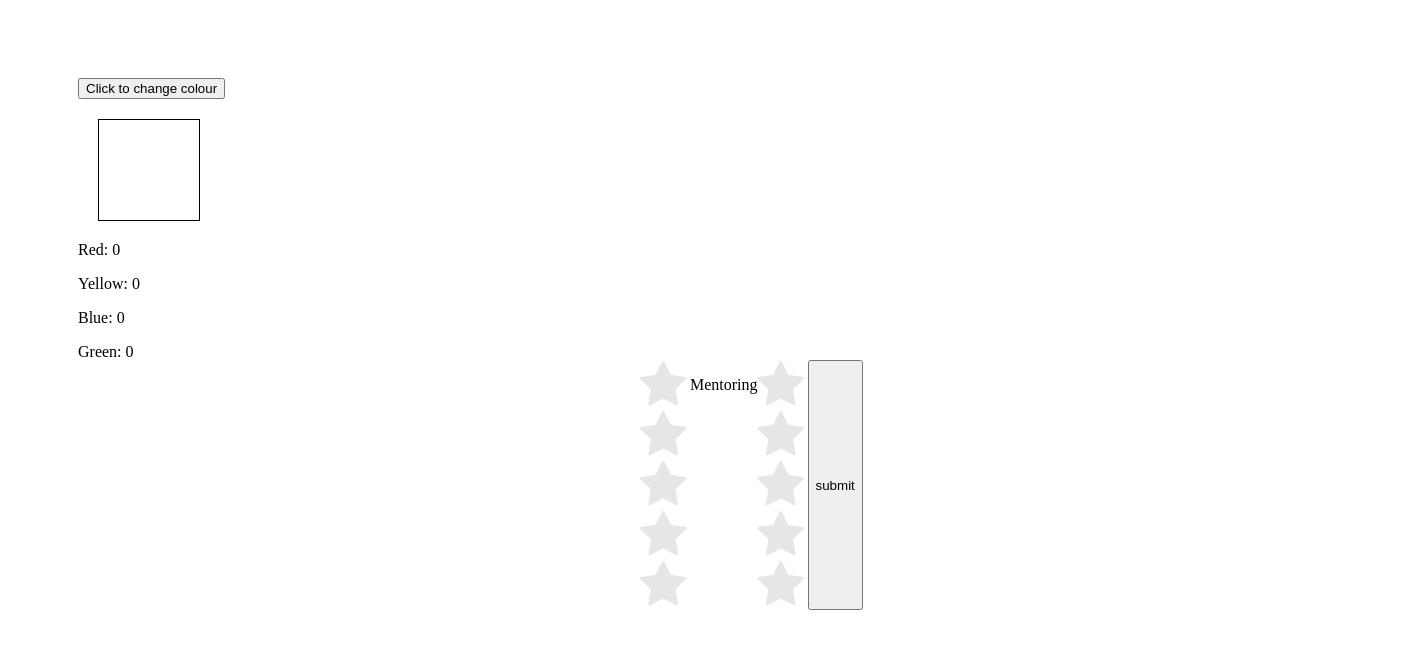
Repository: samalty/star-rating-system-js-test
Page: home.html
The author's editor kept a record of every edit. The page is drawn from the files as they stood at one moment, then again after the next edit.
The browser window is 1280 px wide. The page is 1412 px wide, so the pictures cover 1412 px, including what lies to the right of the window. The pictures show the whole page.

Above is the page before.

After the next edit:
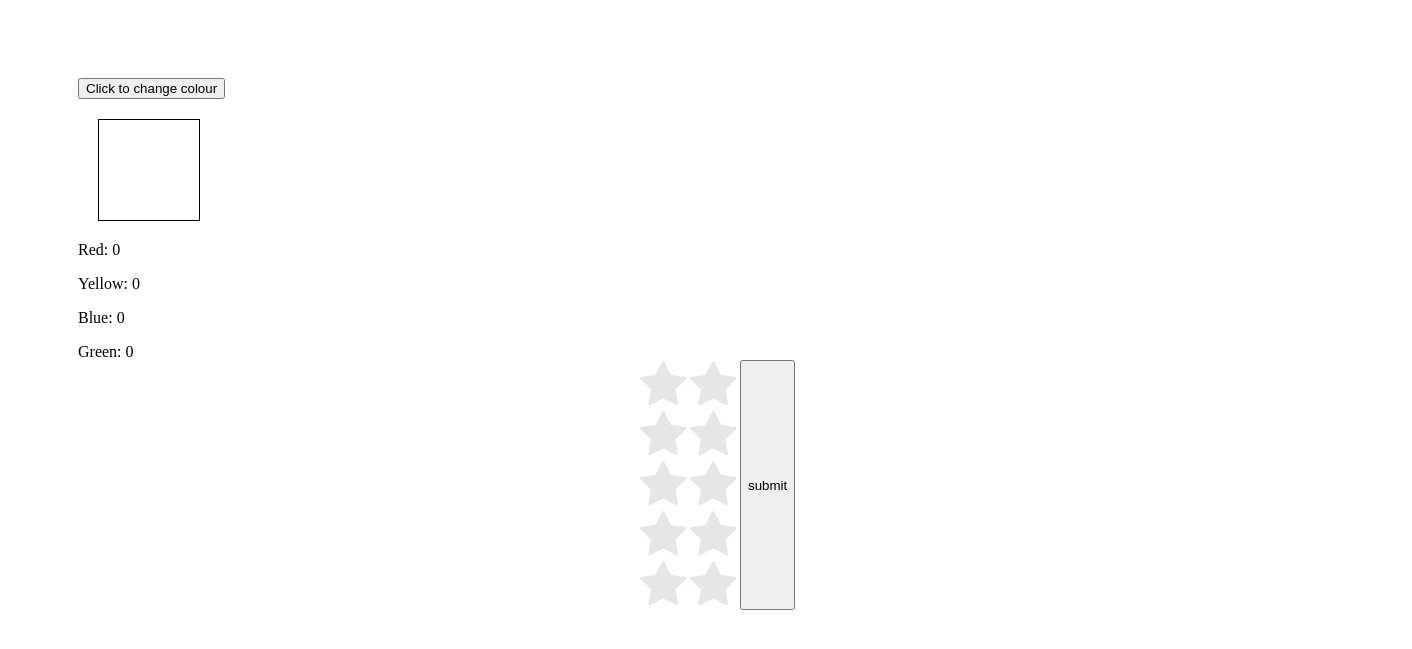
The edit:
--- a/home.html
+++ b/home.html
@@ -32,7 +32,6 @@
                     </label>
                 </div>
                 <br>
-                <p>Mentoring</p>
                 <div class="starContainer2">
                     <input type="radio" name="star" class="star" id="star5" value="5"><label for="star5">
                     </label>
